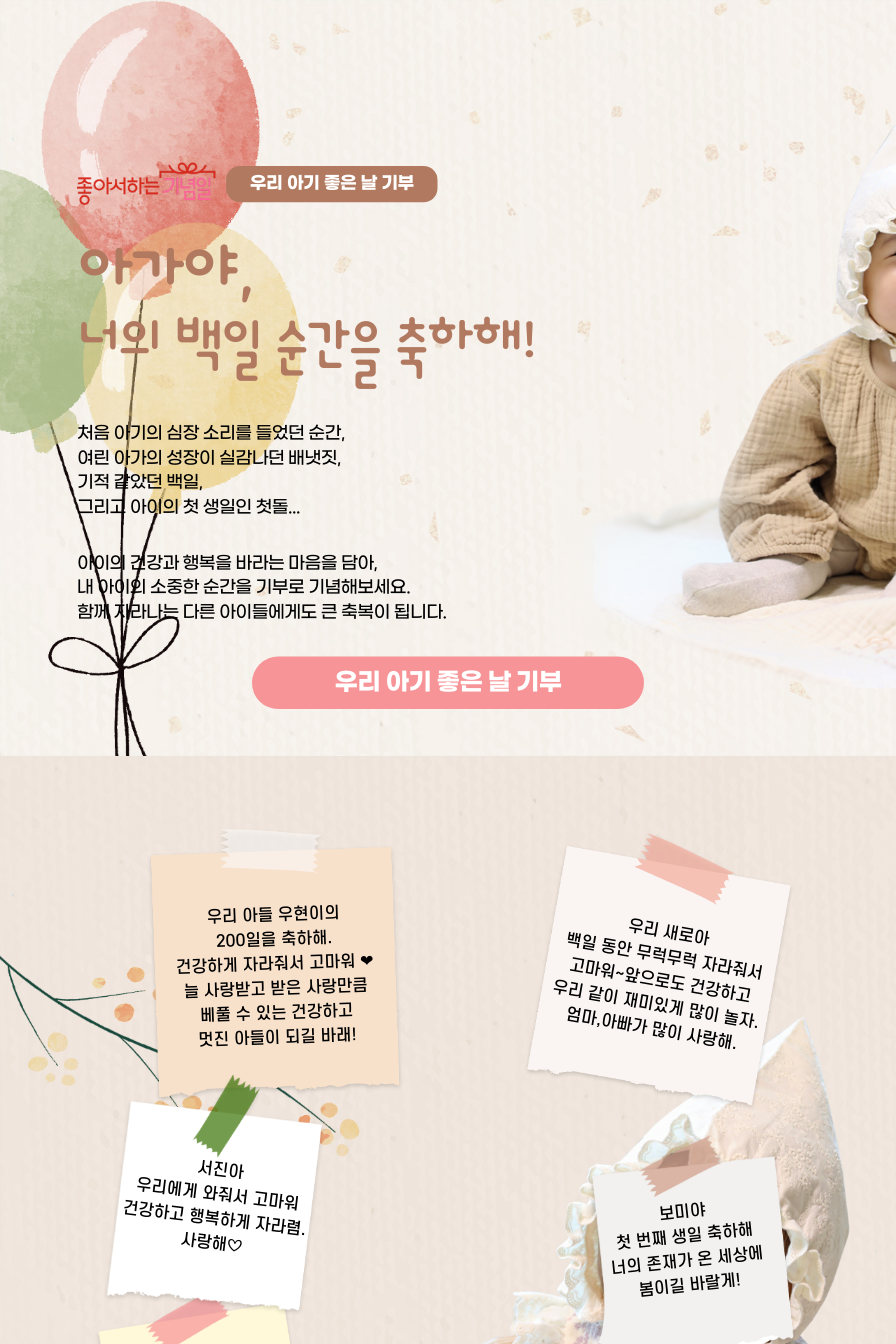
Repository: dlgywls1130/save_the_children
Page: index.html
The author's editor kept a copy of each file at every save. The page is drawn from the files as they stood at one save, then again after the next save.
The browser window is 1280 px wide. The pictures show the part of the page from y = 0 to 1920 px (the page is 8338 px tall), at 70% of full size.

Above is the page before, as saved 2023-12-13 12:13:15.

### index.html
<!DOCTYPE html>
<html lang="en">
<head>
    <meta charset="UTF-8">
    <meta name="viewport" content="width=device-width, initial-scale=1.0">
    <title>세이브더칠드런</title>

    <link rel="stylesheet" href="./css/reset.css">
    <link rel="stylesheet" href="./css/style.css">

    <link rel="stylesheet" type="text/css" href="//cdn.jsdelivr.net/npm/slick-carousel@1.8.1/slick/slick.css"/>
</head>
<body>
    <div class="content_body">
        <section class="section_wrapper section01">
            <div class="se01 se_wrapper">
                <div class="se01_sub">
                    <div class="sub_logo">
                        <img src="./img/logo01.png" alt="logo">
                    </div>
                    <p>우리 아기 좋은 날 기부</p>
                </div>
                <p class="seo01_title">
                    아가야,
                </p>
                <p class="seo01_title_two">
                    너의 <span id="rollingText">탄생</span> 순간을 축하해!
                </p>
                <p class="section_descript mb-45">
                    처음 아기의 심장 소리를 들었던 순간,
                    <br>여린 아가의 성장이 실감나던 배냇짓,
                    <br>기적 같았던 백일,
                    <br>그리고 아이의 첫 생일인 첫돌...
                </p>
                <p class="section_descript">
                    아이의 건강과 행복을 바라는 마음을 담아,
                    <br>내 아이의 소중한 순간을 기부로 기념해보세요.
                    <br>함께 자라나는 다른 아이들에게도 큰 축복이 됩니다.
                </p>

                <a class="donation_link" href="javascript:void(0)">우리 아기 좋은 날 기부</a>
            </div>
        </section>
        <section class="section_wrapper section02">
            <div class="se02 se_wrapper">
                <div class="postit_wrapper">
                    <div class="postit postit01">
                        <p>우리 아들 우현이의<br>
                        200일을 축하해.<br>
                        건강하게 자라줘서 고마워 ❤<br>
                        늘 사랑받고 받은 사랑만큼<br>
                        베풀 수 있는 건강하고<br>
                        멋진 아들이 되길 바래!</p>
                    </div>
                    <div class="postit postit02">
                        <p>우리 새로아<Br>
                        백일 동안 무럭무럭 자라줘서<Br>
                        고마워~앞으로도 건강하고<Br>
                        우리 같이 재미있게 많이 놀자.<Br>
                        엄마,아빠가 많이 사랑해.</p>
                    </div>
                    <div class="postit postit03">
                        <p>서진아<br>
                        우리에게 와줘서 고마워<br>
                        건강하고 행복하게 자라렴.<br>
                        사랑해♡      </p>
                    </div>
                    <div class="postit postit04">
                        <p>보미야<br>
                        첫 번째 생일 축하해<br>
                        너의 존재가 온 세상에<br>
                        봄이길 바랄게!   </p>
                    </div>
                    <div class="postit postit05">
                        <p>사랑하는 도현이의<br>
                        첫 어린이날과 첫돌을<br>
                        기념하며, <br>
                        이웃을 사랑하는<br>
                        멋진 사람으로 자라길</p>

                    </div>
                </div>
                <p class="ex_text">*소개한 사연은 모두 실제 사연입니다.</p>

            </div>
        </section>
        <section class="section_wrapper section03">
            <div class="se_wrapper se03">
                <div class="se_title_co">
                    아기의 좋은 날을 기념해 주신 모든 분들께
                    <br>후원감사증서를 보내드립니다.
                </div>
                <div class="se_sub_co">
                    후원감사증서는 아기에게 남기고 싶은 메시지와 아기의 좋은 날이 담긴 사진을 보관할 수 있도록
                    <br>만들어드립니다. 먼 훗날, 아기가 성장해 읽게 될 날을 그리며 편지를 써보세요.
                </div>
            </div>

        </section>
        <section class="section_wrapper section04">
            <div class="se_wrapper se04">
                <div class="se_title_co">
                    이름 자수 순면거즈블랭킷
                </div>
                <div class="se_sub_co">
                    30만원 이상 후원하신 분들께는 순면 거즈 아기 블랭킷(90*110)에
                    <Br>원하시는 이름(영문)을 예쁘게 수놓아 드립니다.
                </div>

                <div class="se04_slide mt-85">
                    <div class="se04_slide_list">
                        <img src="./img/slide01.jpg">
                    </div>
                    <div class="se04_slide_list">
                        <img src="./img/slide02.jpg">
                    </div>
                    <div class="se04_slide_list">
                        <img src="./img/slide03.jpg">
                    </div>
                </div>
            </div>
        </section>
        <section class="section_wrapper section05">
            <div class="se_wrapper se05">
                <div class="se_title_co">
                    후원신청 과정
                </div>

                <div class="se_step_list">
                    <div class="se_step">
                        <p class="step_number">1</p>
                        <div class="step_ico">
                            <img src="./img/icon01.png" alt="img">
                        </div>
                        <p class="step_descript">
                            후원신청하기
                        </p>
                    </div>
                    <div class="se_step">
                        <p class="step_number">2</p>
                        <div class="step_ico">
                            <img src="./img/icon02.png" alt="img">
                        </div>
                        <p class="step_descript">
                            후원감사증서
                            <br>메시지 적기
                        </p>
                    </div>
                    <div class="se_step">
                        <p class="step_number">3</p>
                        <div class="step_ico">
                            <img src="./img/icon03.png" alt="img">
                        </div>
                        <p class="step_descript">
                            신청완료
                        </p>
                    </div>
                    <div class="se_step">
                        <p class="step_number">4</p>
                        <div class="step_ico">
                            <img src="./img/icon04.png" alt="img">
                        </div>
                        <p class="step_descript">
                            후원감사증서 발송
                            <Br>(1주 이내)
                        </p>
                    </div>
                </div>

                <div class="se_sub_co mt-100">
                    30만원 이상 후원해 주신 경우,
                    <br>감사 선물 수령 주소 및 아기 블랭킷에 새겨질 문구 확인을 위한 문자가 발송됩니다.
                </div>

                <a class="donation_link" href="javascript:void(0)">우리 아기 좋은 날 기부</a>
            </div>

        </section>
        <section class="section_wrapper section06">
            <div class="se_wrapper se06">
                <div class="se_title_co">
                    후원금, 이렇게 쓰여요!
                </div>
                <div class="se_sub_co">
                    세이브더칠드런은 <span>국내외 아동을 위한 교육,
                    <Br>보호, 보건영양지원, 아동권리옹호</span> 등의 활동을 해나가고 있습니다.
                </div>
                <div class="se_sub_co">
                    보내주신 후원금은 정치, 종교, 인종에 관계없이 모든 아이를 구해야 한다는
                    <Br>세이브더칠드런의 신념에 따라 <span>가장 도움 필요한 아이를 위해 우선 사용</span>됩니다.
                </div>
            </div>

        </section>
        <section class="section_wrapper section07">
            <div class="se_wrapper se07">
                <div class="se_title_co">
                    FAQ
                </div>
                <div class="accordion">
                    <div class="accordion-item">
                        <h3 class="title">
                            <span>1. 30만원 이상 후원했습니다. 거즈 순면 블랭킷은 언제 오나요?</span>
                            <img src="./img/top.png">
                        </h3>
                        <p class="paragraph">
                            우리아기 축하기부로 30만원 이상 후원자님들께는 담요에 수놓을 아기 이름과
                            <Br>선물 수령 주소 확인을 위한 문자가 발송됩니다.
                            <br>02-6900-4479로 발송되는 문자 속 설문조사에 답해주세요.
                            <br>확인을 완료하신 분들께는 블랭킷 제작을 담당하고 있는 조니 스튜디오에서
                            <br>아기 이름 자수 작업 완료 후 배송해 드립니다.

                        </p>
                    </div>
                    <div class="accordion-item">
                        <h3 class="title">
                            <span>2. 거즈 순면 블랭킷, 안전한 제품인가요?</span>
                            <img src="./img/top.png">
                        </h3>
                        <p class="paragraph">
                            본 블랭킷은 워싱된 3중 거즈로 제작되었으며, KC안전검사를 완료하였습니다.
                            소재 특성상 섬유 조각이 발생할 수 있어 망에 넣지 않고 3번 정도 물빨래 하시는 것을 권장합니다.

                        </p>
                    </div>
                    <div class="accordion-item">
                        <h3 class="title">
                            <span>3. 거즈 순면 블랭킷을 받았는 데 하자가 있어요. 어떻게 해야 하나요? </span>
                            <img src="./img/top.png">
                        </h3>
                        <p class="paragraph">
                            070-4220-4123 (조니스튜디오 CS)로 전화 연락 부탁드립니다. 하자 물품에 대한 교환은 수령일로부터 7일 이내에 조니스튜디오에 연락해주셔야 하며, 이로 인한 후원금 환불은 어렵습니다.
                        </p>
                    </div>
                    <div class="accordion-item">
                        <h3 class="title">
                            <span>4. 후원감사증서에 넣을 수 있는 사진 사이즈는 얼마인가요?</span>
                            <img src="./img/top.png">
                        </h3>
                        <p class="paragraph">
                            사진 인화 사이즈 5*7 인치에 맞추어서 제작되었습니다.  그보다 작은 사진일 경우, 후원감사증서
                            내부의 주머니에 넣어 보관하실 수도  있습니다.

                        </p>
                    </div>
                </div>
            </div>

        </section>
        <section class="section_wrapper section08">
            <div class="se_wrapper se08">
                <div class="se08_postion">
                    <p class="se08_title">우리 아기 좋은 날 기부</p>
                    <p class="se08_descript">
                        탄생, 백일, 첫 걸음마, 첫돌...
                        <br>소중한 우리 아기의 성장을 기념해 보세요!
                        <br>아기의 좋은 날이 모여 세상의 행복이 됩니다.
                    </p>
                    <a href="javascript:void(0)" class="more_btn">
                        <p>자세히보기</p>
                        <svg xmlns="http://www.w3.org/2000/svg" width="16" height="16" fill="currentColor" class="bi bi-chevron-right" viewBox="0 0 16 16">
                            <path fill-rule="evenodd" d="M4.646 1.646a.5.5 0 0 1 .708 0l6 6a.5.5 0 0 1 0 .708l-6 6a.5.5 0 0 1-.708-.708L10.293 8 4.646 2.354a.5.5 0 0 1 0-.708z"/>
                        </svg>
                    </a>
                </div>

            </div>
        </section>
    </div>

    <script src="https://ajax.googleapis.com/ajax/libs/jquery/1.12.4/jquery.min.js"></script>
    <script type="text/javascript" src="//cdn.jsdelivr.net/npm/slick-carousel@1.8.1/slick/slick.min.js"></script>
    <script src="./js/main.js"></script>
</body>
</html>

### css/reset.css


html, body, div, span, applet, object, iframe,
h1, h2, h3, h4, h5, h6, p, blockquote, pre,
a, abbr, acronym, address, big, cite, code,
del, dfn, em, img, ins, kbd, q, s, samp,
small, strike, strong, sub, sup, tt, var,
b, u, i, center,
dl, dt, dd, ol, ul, li,
fieldset, form, label, legend,
table, caption, tbody, tfoot, thead, tr, th, td,
article, aside, canvas, details, embed,
figure, figcaption, footer, header, hgroup,
menu, nav, output, ruby, section, summary,
time, mark, audio, video {
	margin: 0;
	padding: 0;
	border: 0;
	font-size: 100%;
	font: inherit;
	vertical-align: baseline;
}

article, aside, details, figcaption, figure,
footer, header, hgroup, menu, nav, section {
	display: block;
}
body {
	line-height: 1;
}
ol, ul {
	list-style: none;
}
blockquote, q {
	quotes: none;
}
blockquote:before, blockquote:after,
q:before, q:after {
	content: '';
	content: none;
}
table {
	border-collapse: collapse;
	border-spacing: 0;
}

### js/main.js
// slide
$(document).ready(function(){
    $('.se04_slide').slick({
        infinite: true,
        dots: false,
        autoplay: true,
        autoplaySpeed: 3000,
        prevArrow: '<button class="slick-prev" aria-label="Previous" type="button"><img src="./img/arrow_p.png" alt="Previous"></button>',
        nextArrow: '<button class="slick-next" aria-label="Next" type="button"><img src="./img/arrow_n.png" alt="Next"></button>'
    });
  });



// acodian

const accordionItem = document.querySelectorAll(".accordion-item");

    accordionItem.forEach((el) =>
        el.addEventListener("click", () => {
            if (el.classList.contains("active")) {
                el.classList.remove("active");
            } else {
                accordionItem.forEach((el2) => el2.classList.remove("active"));
                el.classList.add("active");
            }
        })
    );



//rolling

$(document).ready(function() {
    var words = ["탄생", "백일", "첫 옹알이", "첫 뒤집기", "첫 나들이", "첫 이유식", "첫돌", "첫 걸음마", "모든"],
        i = 0;
    var interval = setInterval(function() {
      // fadeIn/fadeOut 애니메이션 동안에도 인덱스 증가를 방지하기 위해
      // 다음 단어를 미리 계산하고 조건을 확인합니다.
      var nextWord = words[i];
      if (nextWord === "모든") { // 마지막 단어 '모든'에 도달했을 때
        $('#rollingText').text(nextWord); // 마지막 단어를 텍스트에 설정하고
        clearInterval(interval); // interval을 멈춥니다.
      } else {
        $('#rollingText').fadeOut(function() {
          $(this).text(nextWord).fadeIn();
        });
        i++; // 다음 단어로 인덱스 증가
      }
    }, 2000); // 2초마다 변경
  });

Loaded but not shown: css/style.css (697 lines, source omitted)

After the next save:
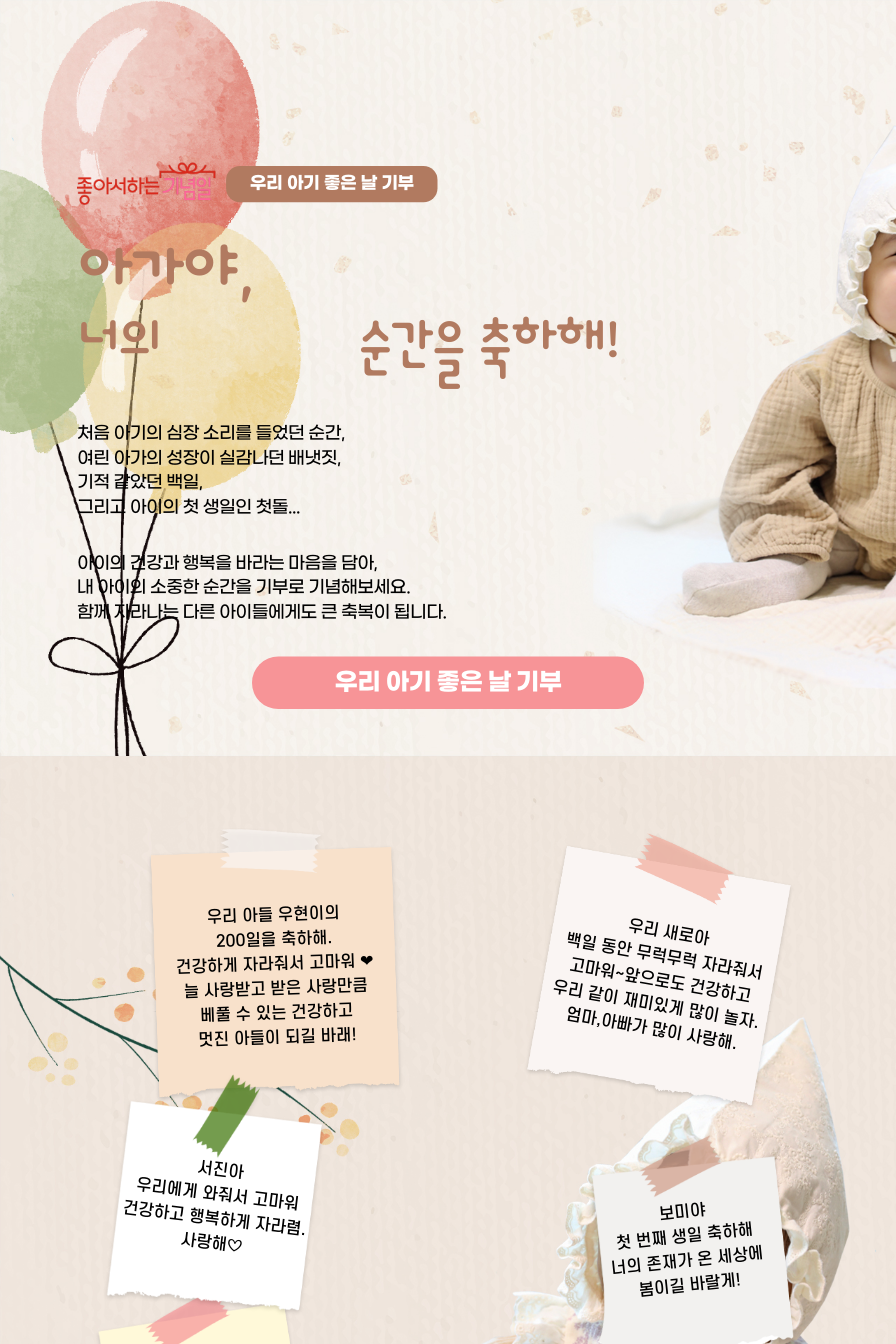
Saved 105 s later.
--- a/js/main.js
+++ b/js/main.js
@@ -34,18 +34,20 @@
 $(document).ready(function() {
     var words = ["탄생", "백일", "첫 옹알이", "첫 뒤집기", "첫 나들이", "첫 이유식", "첫돌", "첫 걸음마", "모든"],
         i = 0;
-    var interval = setInterval(function() {
-      // fadeIn/fadeOut 애니메이션 동안에도 인덱스 증가를 방지하기 위해
-      // 다음 단어를 미리 계산하고 조건을 확인합니다.
-      var nextWord = words[i];
-      if (nextWord === "모든") { // 마지막 단어 '모든'에 도달했을 때
-        $('#rollingText').text(nextWord); // 마지막 단어를 텍스트에 설정하고
-        clearInterval(interval); // interval을 멈춥니다.
+
+    // 마지막 단어를 설정하고 interval을 멈추기 전에 실행될 함수입니다.
+    function updateText() {
+      $('#rollingText').text(words[i]);
+      if (i >= words.length - 1) { // 마지막 요소에 도달했는지 확인합니다.
+        clearInterval(interval); // 마지막 요소에 도달했다면 interval을 멈춥니다.
       } else {
-        $('#rollingText').fadeOut(function() {
-          $(this).text(nextWord).fadeIn();
-        });
-        i++; // 다음 단어로 인덱스 증가
+        i++; // 아직 마지막 요소에 도달하지 않았다면 인덱스를 증가시킵니다.
       }
-    }, 2000); // 2초마다 변경
+    }
+
+    // 페이지 로드 시 첫 번째 단어를 즉시 설정합니다.
+    updateText();
+
+    // setInterval을 사용하여 주기적으로 updateText 함수를 호출합니다.
+    var interval = setInterval(updateText, 2000); // 2초마다 텍스트를 업데이트합니다.
   });
